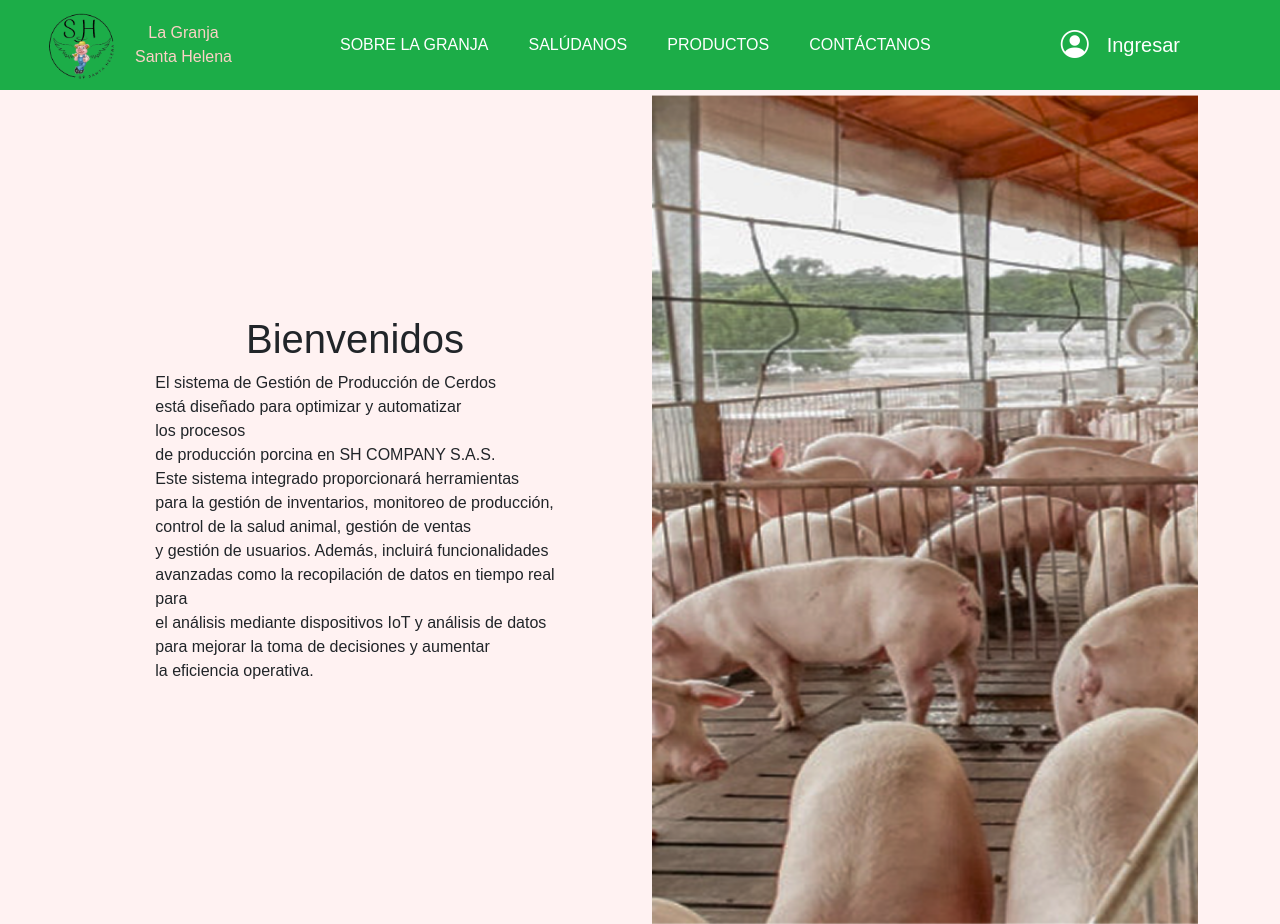
Repository: Mateojimenezz/Granja-Santa-Helena
Page: paginaDeInicio.html
These files come from the project's save history. The page is drawn as it stood at one moment and after the next save; the edit follows.
The browser window is 1280 px wide. The pictures show the whole page.
Some web fonts or font styles are not loaded; a fallback is used.

Above is the page before, as saved 2025-03-29 17:15:45.

After the next save:
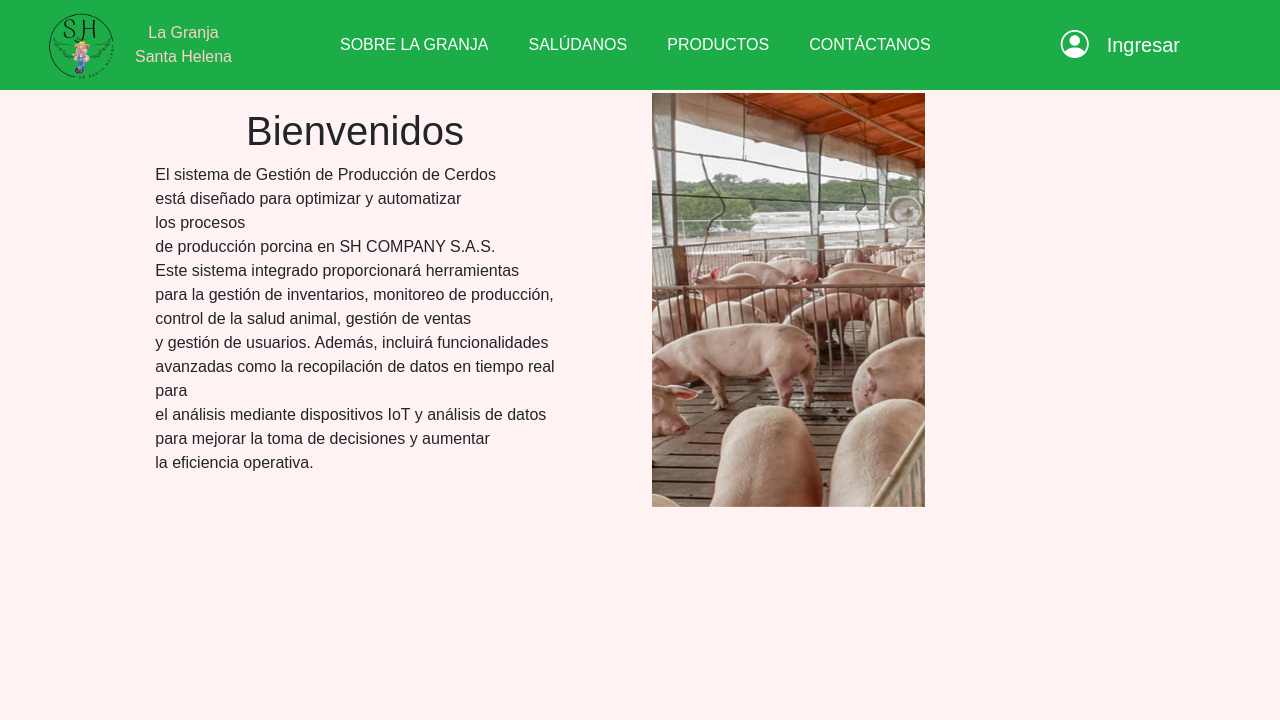
Saved 27 s later.
--- a/paginaDeInicio.html
+++ b/paginaDeInicio.html
@@ -58,7 +58,7 @@
 
         </article>
         <article class="col-12 col-lg-6">
-            <img src="assets\img\Upload-5a8315b810a15-13022018 1.png" width="100%" alt="Fotografia de la granja" class="img-fluid " alt="">
+            <img src="assets\img\Upload-5a8315b810a15-13022018 1.png" width="50%"   alt="Fotografia de la granja" class="img-fluid " alt="">
         </article>
 
     </section>
